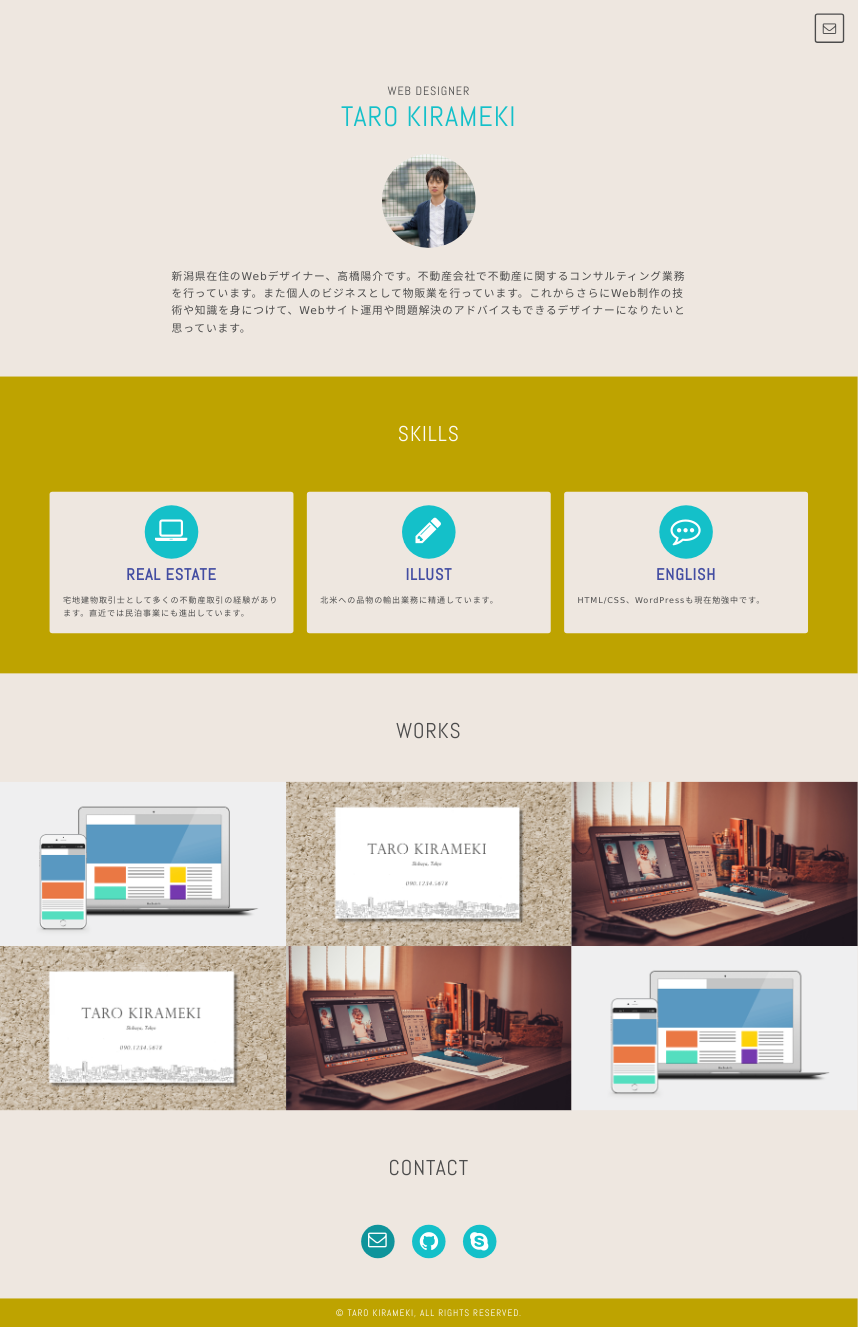
Repository: ysktkhs/responsive-site
Page: environment/portfolio/index.html
The author's editor kept a record of every edit. The page is drawn from the files as they stood at one moment, then again after the next edit.
The browser window is 1280 px wide. The pictures show the whole page, at 67% of full size.
The pointer rests on the first visible `#contact ul a`.
Some web libraries are served in a nearby version.

Above is the page before.

### environment/portfolio/index.html
<!DOCTYPE html>
<html lang="ja">

<head>
    <meta charset="utf-8">
    <title>Web Designer - Yosuke Takahashi</title>
    <meta name="description" content="Webデザイナー 高橋陽介のポートフォリオサイトです。東京を中心に活動しています。">
    <meta name="keywords" content="Web, デザイン, デザイナー, ポートフォリオ, Web制作">
    <link rel="stylesheet" href="https://cdnjs.cloudflare.com/ajax/libs/meyer-reset/2.0/reset.css">
    <link rel="stylesheet" href="./css/style.css">
    <link rel="stylesheet" href="https://maxcdn.bootstrapcdn.com/font-awesome/4.7.0/css/font-awesome.min.css">
</head>

<body>
    <header>
        <a href="#contact" class="button-contact"><i class="fa fa-envelope-o" aria-label="お問い合わせ"></i></a>
        <div class="profile">
            <h1 class="site-title abel uppercase text-center">Web Designer <span>Taro Kirameki</span></h1>
            <img src="./images/img_profile.jpg" alt="プロフィール写真" width="140" height="140" class="block-center profile-icon">

            <p>新潟県在住のWebデザイナー、高橋陽介です。不動産会社で不動産に関するコンサルティング業務を行っています。また個人のビジネスとして物販業を行っています。これからさらにWeb制作の技術や知識を身につけて、Webサイト運用や問題解決のアドバイスもできるデザイナーになりたいと思っています。</p>
        </div>
    </header>
    <main>
        <section id="skills">
            <h2 class="text-center">Skills</h2>
            <div class="container">
                <div class="skill-box">
                    <i aria-hidden="true" class="skill-icon fa fa-laptop"></i>
                    <h3 class="text-center">Real Estate</h3>
                    <p>宅地建物取引士として多くの不動産取引の経験があります。直近では民泊事業にも進出しています。</p>
                </div>
                <div class="skill-box">
                    <i aria-hidden="true" class="skill-icon fa fa-pencil"></i>
                    <h3 class="text-center">Illust</h3>
                    <p>北米への品物の輸出業務に精通しています。</p>
                </div>
                <div class="skill-box">
                    <i aria-hidden="true" class="skill-icon fa fa-commenting-o"></i>
                    <h3 class="text-center">English</h3>
                    <p>HTML/CSS、WordPressも現在勉強中です。</p>
                </div>

            </div>
        </section>
        <section id="works">
            <h2 class="text-center">Works</h2>
            <div class="works-box">
                <a href="#">
                <img src="./images/img_work_site.png" alt="株式会社きらめき コーポレートサイト様 Webサイトデザイン">
                <div class="works-box-inner">
                    <div class="text-center">
                        <h3>株式会社きらめき コーポレートサイト</h3>
                        <small>2016.04.20</small>
                        <span class="button-readmore">Read More</span>
                    </div>
                </div>
            </a>
            </div>
            <div class="works-box">
                <a href="#">
                <img src="./images/img_work_card.jpg" alt="きらめき太郎様 名刺デザイン">
                <div class="works-box-inner">
                    <div class="text-center">
                        <h3>きらめき太郎様 名刺</h3>
                        <small>2016.04.20</small>
                        <span class="button-readmore">Read More</span>
                    </div>
                </div>
            </a>
            </div>
            <div class="works-box">
                <a href="#">
                <img src="./images/img_work_blog.jpg" alt="WordPressオリジナルテーマ">
                <div class="works-box-inner">
                    <div class="text-center">
                        <h3>ブログデザイン</h3>
                        <small>2016.04.20</small>
                        <span class="button-readmore">Read More</span>
                    </div>
                </div>
            </a>
            </div>
            <div class="works-box">
                <a href="#">
                <img src="./images/img_work_card.jpg" alt="きらめき太郎様 名刺デザイン">
                <div class="works-box-inner">
                    <div class="text-center">
                        <h3>きらめき太郎様 名刺</h3>
                        <small>2016.04.20</small>
                        <span class="button-readmore">Read More</span>
                    </div>
                </div>
            </a>
            </div>
            <div class="works-box">
                <a href="#">
                <img src="./images/img_work_blog.jpg" alt="WordPressオリジナルテーマ">
                <div class="works-box-inner">
                    <div class="text-center">
                        <h3>ブログデザイン</h3>
                        <small>2016.04.20</small>
                        <span class="button-readmore">Read More</span>
                    </div>
                </div>
            </a>
            </div>
            <div class="works-box">
                <a href="#">
                <img src="./images/img_work_site.png" alt="株式会社きらめき コーポレートサイト様 Webサイトデザイン">
                <div class="works-box-inner">
                    <div class="text-center">
                        <h3>株式会社きらめき コーポレートサイト</h3>
                        <small>2016.04.20</small>
                        <span class="button-readmore">Read More</span>
                    </div>
                </div>
            </a>
            </div>

        </section>
        <section id="contact">
            <h2 class="text-center">Contact</h2>
            <ul>
          <li><a href="mailto:xxx@techacademy.jp"><i aria-label="メール" class="fa fa-envelope-o"></i></a></li>
          <li class="github"><a href="#"><i aria-label="GitHub" class="fa fa-github"></i></a></li>
          <li class="skype"><a href="#"><i aria-label="Skype" class="fa fa-skype"></i></a></li>
        </ul>
        </section>
    </main>
    <footer>
         <small class="text-center abel uppercase">&copy; Taro Kirameki, All Rights Reserved.</small>
    </footer>
</body>

</html>

### environment/portfolio/css/style.css
/* 文字コードの指定
------------------------------------------------------------*/
@charset "UTF-8";

/* Google Fonts用のCSSを読み込み
------------------------------------------------------------*/
@import 'https://fonts.googleapis.com/css?family=Abel';
body {
    font-family: 'Abel', sans-serif;
}
html
{
    font-size: 62.5%; /* ベースとなるフォントサイズの定義 */
}

body
{
    font-family: '游ゴシック', YuGothic, 'メイリオ', Verdana, 'Hiragino Kaku Gothic ProN', Meiryo, sans-serif; /* フォントの種類 */
    font-size: 1.4rem; /* フォントサイズ */
    line-height: 1.6; /* 行間 */

    letter-spacing: .1em;　/* 文字間隔 */

    color: #4c4c4c; /* 文字色 */
    background-color: #eee7e0; /* 背景色 */
}
html /* root */
{
    font-size: 62.5%; /* =10px =100% */
}

body {
 /* すべて14px
------------------------------------------------------------*/
    font-size: 14px;
    font-size: 140%;
    font-size: 1.4em;
    font-size: 1.4rem;
}

h1 {
    font-size: 20px; /* そのまま20px */
    font-size: 200%; /* 親要素bodyの14pxを基準に200% =28px */
    font-size: 2em; /* 親要素bodyの14pxを基準に2倍 =28px */
    font-size: 2rem; /* rootの10pxを基準に2倍 =20px */
}

div {
    font-size: 12px; /* そのまま12px */
    font-size: 120%; /* 親要素bodyの14pxを基準に120% =16.8px(約17px) */
    font-size: 1.2em; /* 親要素bodyの14pxを基準に1.2倍 =16.8px(約17px) */
    font-size: 1.2rem; /* rootの10pxを基準に1.2倍 =12px */
}
div p {
    font-size: 12px; /* そのまま12px */
    font-size: 120%; /* 親要素divの17pxを基準に120% =20.4px(約20px) */
    font-size: 1.2em; /* 親要素divの17pxを基準に1.2倍 =20.4px(約20px) */
    font-size: 1.2rem; /* rootの10pxを基準に1.2倍 =12px */
}
body {
    color: #4c4c4c; /* 文字色 */
    background-color: #eee7e0; /* 背景色 */
}
.button-contact
{
    font-size: 20px; /* フォントサイズ */
    line-height: 0; /* 行の高さ */

    display: block; /* ブロック要素のように扱う */
    float: right; /* 要素を右寄せ */

    width: 20px; /* 幅 */
    height: 20px; /* 高さ */
    margin: 20px 20px 0 0; /* 要素の外側の余白 */
    padding: 10px; /* 要素の内側の余白 */

    text-align: center; /* テキストの中央寄せ */

    color: #4c4c4c; /* 文字色 */
    border: 2px solid #4c4c4c; /* ボーダー */
    -webkit-border-radius: 4px; /* 角丸 */
       -moz-border-radius: 4px;
            border-radius: 4px;
}
.uppercase,
section h2,
#skills h3,
#works .works-box a .works-box-inner .button-readmore
{
    text-transform: uppercase;
}
.text-center {
    text-align: center;
}
.abel {
    font-family: 'Abel', sans-serif; /* Google Fontsの指定 */
}


header .profile
{
    clear: both; /* 上のメールボタンのfloatを解除 */

    width: 60%;
    margin: 0 auto; /* ボックスを中央寄せ */
    padding: 60px 0;
}
header .site-title
{
    font-size: 1.8rem;
    line-height: normal;
}
header .site-title span
{
    font-size: 4.2rem;

    display: block;

    color: #14c0c9;
}
.block-center {
    display: block;
    margin-left: auto;
    margin-right: auto;
}


header .profile-icon
{
    margin: 30px auto;

    -webkit-border-radius: 50%;
       -moz-border-radius: 50%;
            border-radius: 50%;
}
header p
{
    font-size: 1.6rem;
}
section
{
    padding: 60px 0; /* section要素の余白を上下60pxで揃える */
}
section .container
{
    width: 90%; /* sectionの中のインナーボックスをウィンドウ幅に対して90%に */
}
section h2
{
    font-size: 3.2rem;/* section要素見出しを32pxで揃える */
}
.block-center,
section .container
{
    display: block;

    margin-right: auto;
    margin-left: auto;
}

.abel,
section h2
{
    font-family: 'Abel', sans-serif;
}

.uppercase,
section h2
{
    text-transform: uppercase;
}
#skills
{
    background-color: #bea300;
}
#skills .container
{
    display: -webkit-flex;
    display:         flex;

    justify-content: space-between;
}
#skills h2
{
    margin-bottom: 60px;
    color: #fdfcf6;
}
#skills .skill-box
{
    -webkit-box-sizing: border-box;
       -moz-box-sizing: border-box;
            box-sizing: border-box;
    -webkit-flex: 1;
            flex: 1;
    margin: 0px 10px;
    padding: 20px;

    -webkit-border-radius: 4px;
       -moz-border-radius: 4px;
            border-radius: 4px;
    background-color: #eee7e0;
}
#skills i
{
    font-size: 4.5rem;

    -webkit-box-sizing: border-box;
       -moz-box-sizing: border-box;
            box-sizing: border-box;
    width: 80px;
    height: 80px;
    margin-bottom: 5px;
    padding-top: 15px;

    text-align: center;

    color: #fff;
    -webkit-border-radius: 50%;
       -moz-border-radius: 50%;
            border-radius: 50%;
    background-color: #14c0c9;
}
#skills h3
{
    font-size: 2.4rem;
    font-weight: bold;

    margin-bottom: 10px;

    color: #434da2;
}
.block-center,
section .container,
#skills i
{
    display: block;

    margin-right: auto;
    margin-left: auto;
}
#works
{
    padding-bottom: 0;
}

#works h2
{
    margin-bottom: 50px;
}

#works .works-box
{
    float: left;

    width: 33.33333%;
    height: 100%;
}

#works::after
{
    display: block;
    clear: both;

    content: '';
}
#works .works-box a
{
    position: relative;

    display: block;
}
#works .works-box a .works-box-inner
{
    position: absolute;
    top: 0;
    left: 0;

    display: none;

    height: 100%;

    color: #fff;
    background-color: rgba(0, 0, 0, .7);
}
#works .works-box a .works-box-inner div
{
    position: absolute;
    top: 0;
    right: 0;
    bottom: 0;
    left: 0;

    height: 40%;
    margin: auto;
    padding: 10px 20px;
}
#works .works-box a .works-box-inner h3
{
    font-size: 1.6rem;
    font-weight: bold;

    margin: 0 0 5px;
}
#works .works-box a .works-box-inner small
{
    font-size: 1rem;

    display: block;

    margin-bottom: 15px;
}
#works .works-box a .works-box-inner .button-readmore
{
    font-size: 1rem;
    font-weight: bold;

    display: block;

    width: 180px;
    margin: auto;
    padding: 5px 0;

    text-align: center;

    color: #fff;
    -webkit-border-radius: 4px;
       -moz-border-radius: 4px;
            border-radius: 4px;
    background-color: #14c0c9;
}
#works .works-box img
{
    display: block;

    max-width: 100%;
}
.abel,
section h2,
#skills h3,
#works .works-box a .works-box-inner .button-readmore
{
    font-family: 'Abel', sans-serif;
}

.uppercase,
section h2,
#skills h3,
#works .works-box a .works-box-inner .button-readmore
{
    text-transform: uppercase;
}
#works .works-box a:hover .works-box-inner
{
    display: block;

    width: 100%;
}

#works .works-box a .works-box-inner .button-readmore:hover
{
    background-color: #0f949b;
}
#contact ul
{
    margin-top: 60px;

    text-align: center;
}
#contact ul li
{
    font-size: 2.8rem;

    display: inline-block;

    -webkit-box-sizing: border-box;
       -moz-box-sizing: border-box;
            box-sizing: border-box;
    margin-right: 20px;

    text-align: center;
    vertical-align: top;
}
#contact ul li:last-child
{
    margin-right: 0;
}
#contact ul .github,
#contact ul .skype
{
    font-size: 3.2rem;
}
#contact ul .github i
{
    margin-left: 2px;
}
#contact ul a
{
    display: block;

    width: 50px;
    height: 50px;

    color: #fff;
    -webkit-border-radius: 50%;
       -moz-border-radius: 50%;
            border-radius: 50%;
    background-color: #14c0c9;
}
#contact ul a:hover
{
    background-color: #0f949b;
}
footer
{
    padding: 10px 0;

    text-align: center;

    color: #fff;
    background-color: #bea300;
}

After the next edit:
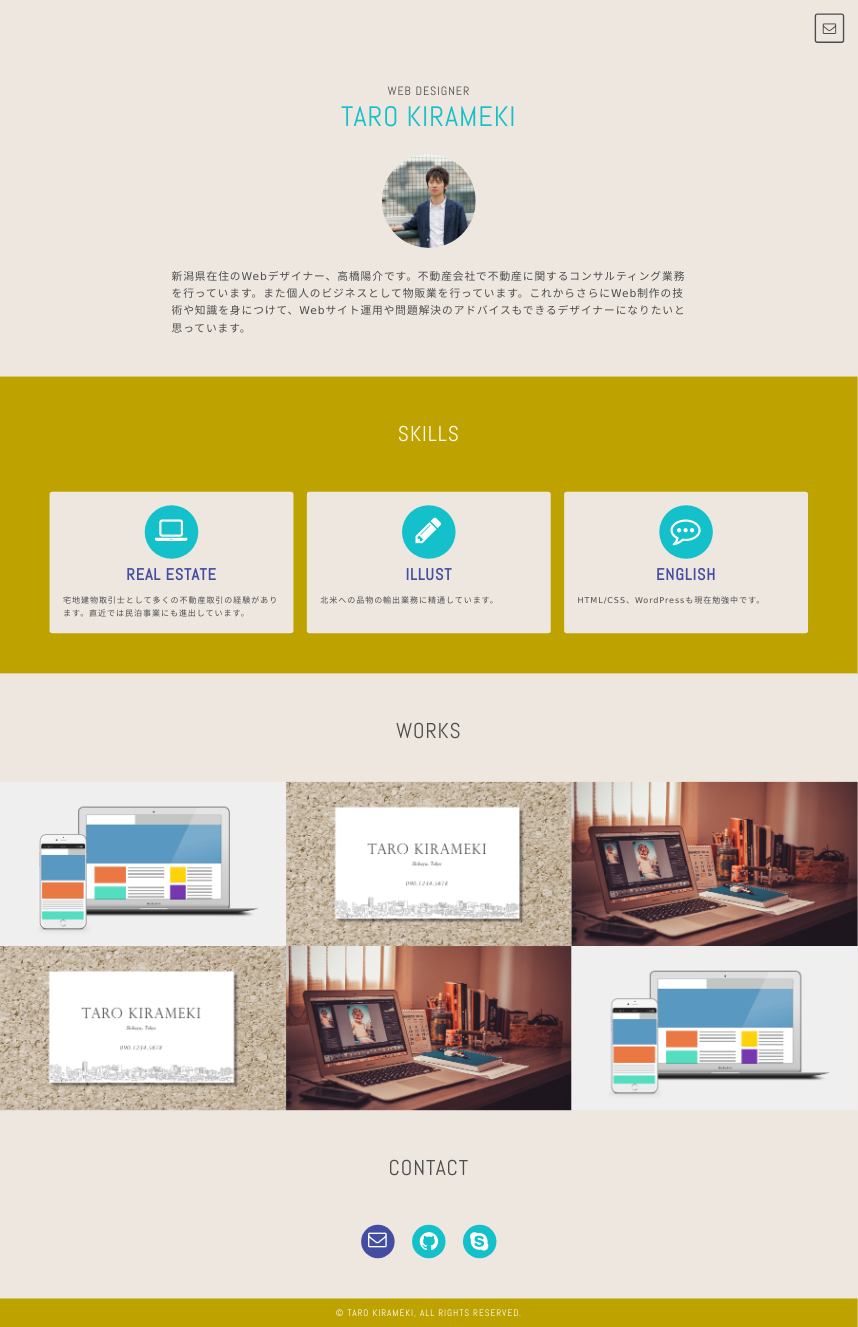
The edit:
--- a/environment/portfolio/css/style.css
+++ b/environment/portfolio/css/style.css
@@ -408,7 +408,7 @@
 }
 #contact ul a:hover
 {
-    background-color: #0f949b;
+    background-color: #434da2;
 }
 footer
 {
